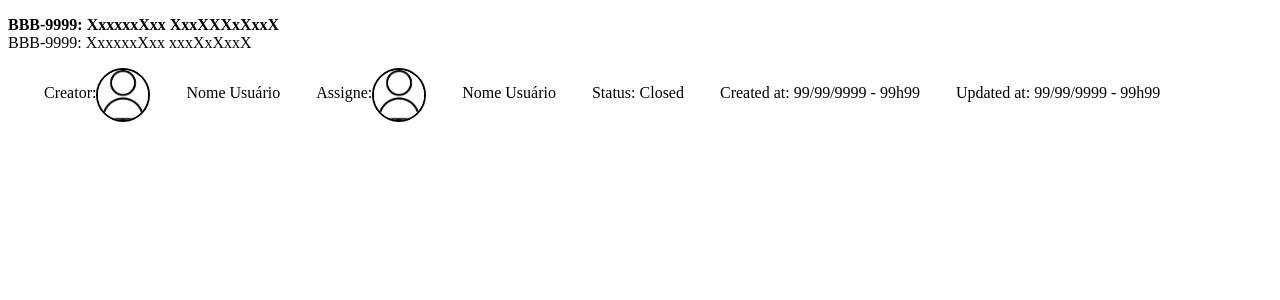
Repository: AnaBerlanda/PaginaFer
Page: index.html
These files come from the project's save history. The page is drawn as it stood at one moment and after the next save; the edit follows.
The browser window is 1280 px wide. The pictures show the whole page.

Above is the page before, as saved 2022-05-20 15:58:05.

After the next save:
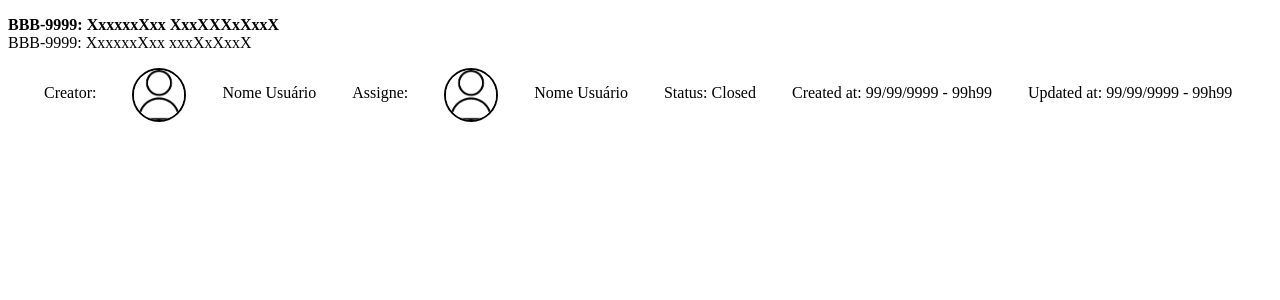
Saved 13 s later.
--- a/index.css
+++ b/index.css
@@ -7,6 +7,7 @@
     height: 50px;
     border-radius: 50%;
     border: 2px solid black;
+    margin-left: 36px;
 }
 .textos{
     margin-left: 36px;
